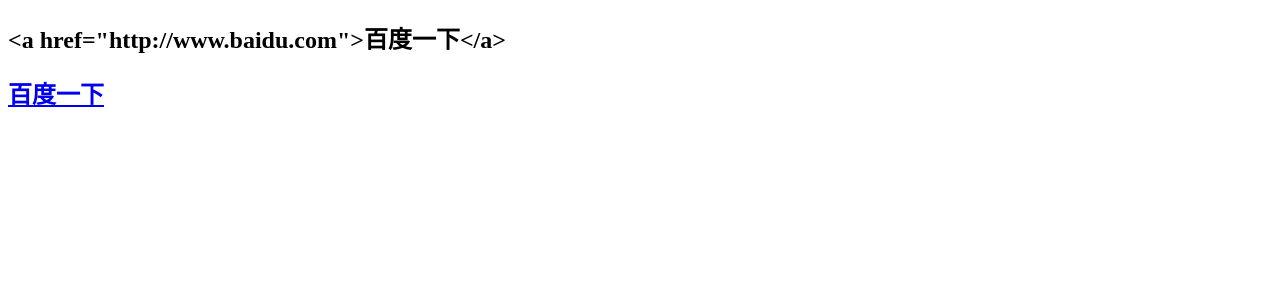
Repository: dashuizun/myProject
Page: Vue/VueZong/cs3.html
The author's editor kept a copy of each file at every save. The page is drawn from the files as they stood at one save, then again after the next save.
The browser window is 1280 px wide. The pictures show the whole page.

Above is the page before, as saved 2020-11-06 10:33:16.

### Vue/VueZong/cs3.html
<!DOCTYPE html>
<html lang="en">

<head>
  <meta charset="UTF-8">
  <meta name="viewport" content="width=device-width, initial-scale=1.0">
  <title>Document</title>
</head>

<body>
  <div id="app">
    <h2>{{url}}</h2>
    <h2 v-html="url"></h2>
  </div>

  <script src="../js/vue.js"></script>
  <script>
    const app = new Vue({
      el: '#app',
      data: {
        message: '你好啊',
        url: '<a href="http://www.baidu.com">百度一下</a>'
      }
    })
  </script>

</body>

</html>

Loaded but not shown: Vue/VueZong/js/vue.js (library)

After the next save:
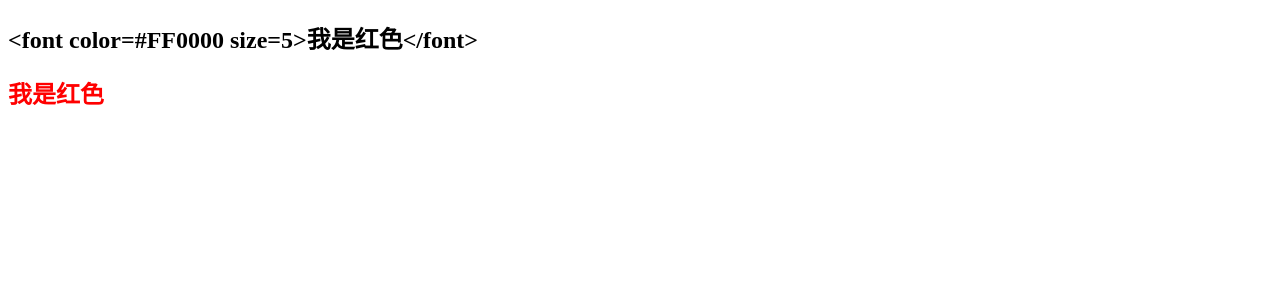
Saved 37 s later.
--- a/Vue/VueZong/cs3.html
+++ b/Vue/VueZong/cs3.html
@@ -9,17 +9,16 @@
 
 <body>
   <div id="app">
-    <h2>{{url}}</h2>
-    <h2 v-html="url"></h2>
+    <h2>{{message}}</h2>
+    <h2 v-html="message"></h2>
   </div>
 
-  <script src="../js/vue.js"></script>
+  <script src="js/vue.js"></script>
   <script>
     const app = new Vue({
       el: '#app',
       data: {
-        message: '你好啊',
-        url: '<a href="http://www.baidu.com">百度一下</a>'
+        message: '<font color=#FF0000 size=5>我是红色</font>'
       }
     })
   </script>
